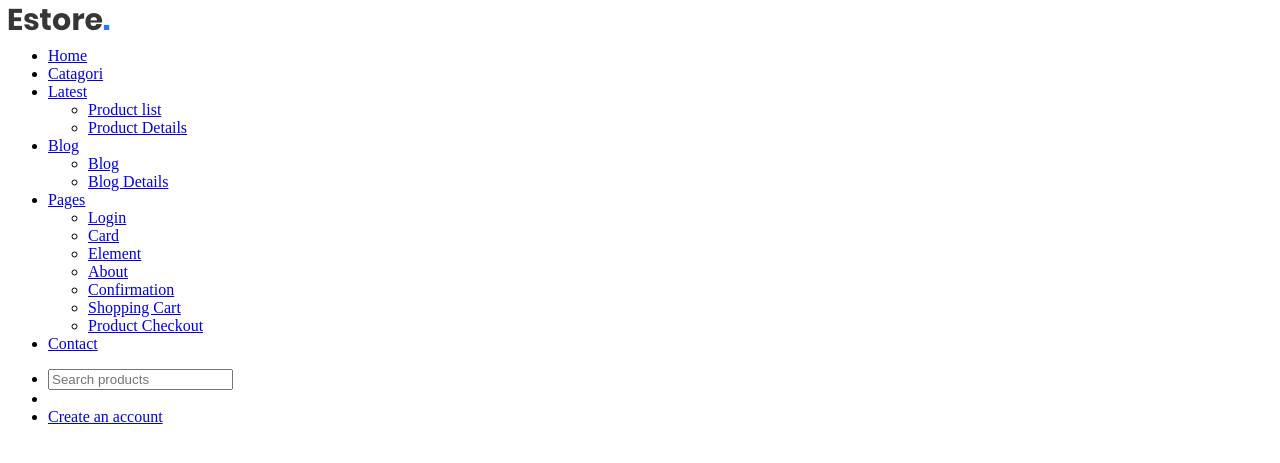
Repository: tuanloc782004/Estore-Bookshop-Website
Page: http://localhost/auth/layout/header
These files come from the project's save history. The page is drawn as it stood at one moment and after the next save; the edit follows.
The browser window is 1280 px wide. The pictures show the whole page.
The page is this project's Thymeleaf template; nobody is signed in. The template is opened directly, without the code that normally fills it, so the values that code supplies are empty.

Above is the page before, as saved 2024-10-26 03:33:51.

After the next save:
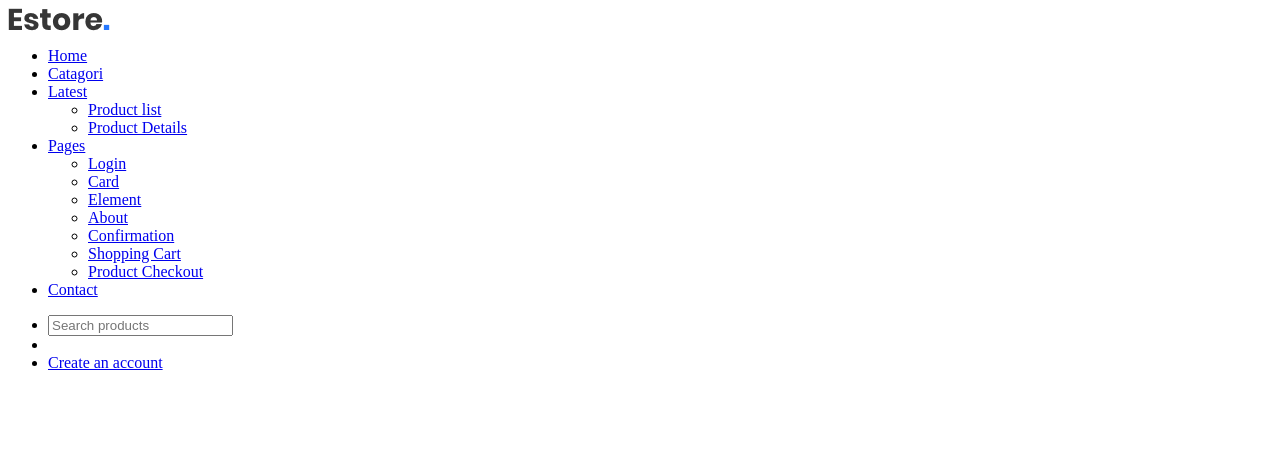
Saved 20 s later.
--- a/myscp/src/main/resources/templates/auth/layout/header.html
+++ b/myscp/src/main/resources/templates/auth/layout/header.html
@@ -23,11 +23,6 @@
 											<ul class="submenu">
 												<li><a href="product_list.html"> Product list</a></li>
 												<li><a href="single-product.html"> Product Details</a></li>
-											</ul></li>
-										<li><a href="blog.html">Blog</a>
-											<ul class="submenu">
-												<li><a href="blog.html">Blog</a></li>
-												<li><a href="single-blog.html">Blog Details</a></li>
 											</ul></li>
 										<li><a href="#">Pages</a>
 											<ul class="submenu">
